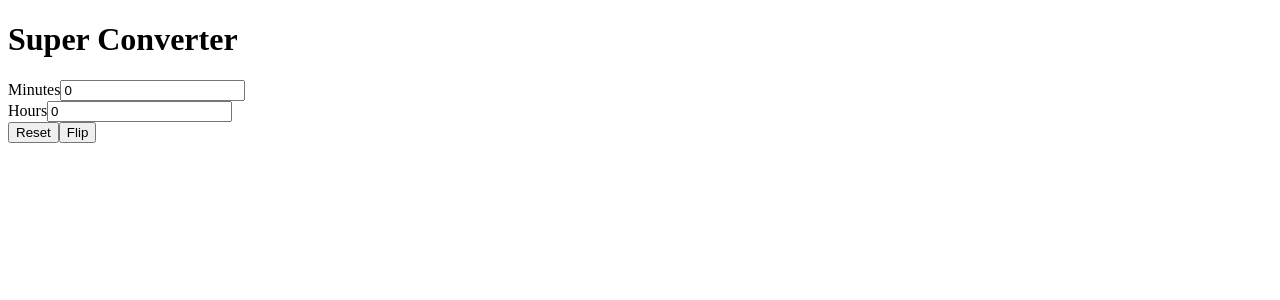
Repository: TaewookKwak/React
Page: index.html
The author's editor kept a copy of each file at every save. The page is drawn from the files as they stood at one save, then again after the next save.
The browser window is 1280 px wide. The pictures show the whole page.

Above is the page before, as saved 2021-12-14 22:34:52.

### index.html
<!DOCTYPE html>
<html lang="en">
  <body>
    <div id="root"></div>
  </body>
  <script src="https://unpkg.com/react@17.0.2/umd/react.production.min.js"></script>
  <script src="https://unpkg.com/react-dom@17.0.2/umd/react-dom.production.min.js"></script>
  <script src="https://unpkg.com/@babel/standalone/babel.min.js"></script>
  <script type="text/babel">
    const root = document.querySelector("#root");
    function App() {
      const [minutes, setMinutes] = React.useState(0);
      const [flipped, setFlipped] = React.useState(false);
      const onChange = event => {
        setMinutes(event.target.value);
      };
      const resetMinute = () => setMinutes(0);
      const onFlip = () => setFlipped(current => !current);
      return (
        <div>
          <h1 className="h1">Super Converter</h1>
          <label htmlFor="minutes">Minutes</label>
          <input
            value={minutes}
            id="minutes"
            placeholder="Minutes"
            type="number"
            onChange={onChange}
          />
          <br />
          <label htmlFor="hours">Hours</label>
          <input
            id="hours"
            placeholder="Hours"
            type="number"
            value={minutes / 60}
            disabled={flipped}
          />
          <br />
          <button onClick={resetMinute}>Reset</button>
          <button onClick={onFlip}>Flip</button>
        </div>
      );
    }
    ReactDOM.render(<App />, root);
  </script>
</html>

After the next save:
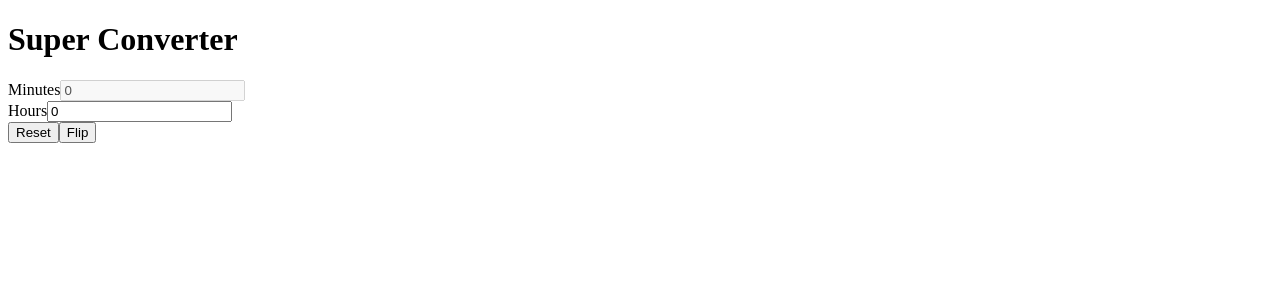
Saved 18 s later.
--- a/index.html
+++ b/index.html
@@ -26,6 +26,7 @@
             placeholder="Minutes"
             type="number"
             onChange={onChange}
+            disabled={!flipped}
           />
           <br />
           <label htmlFor="hours">Hours</label>
